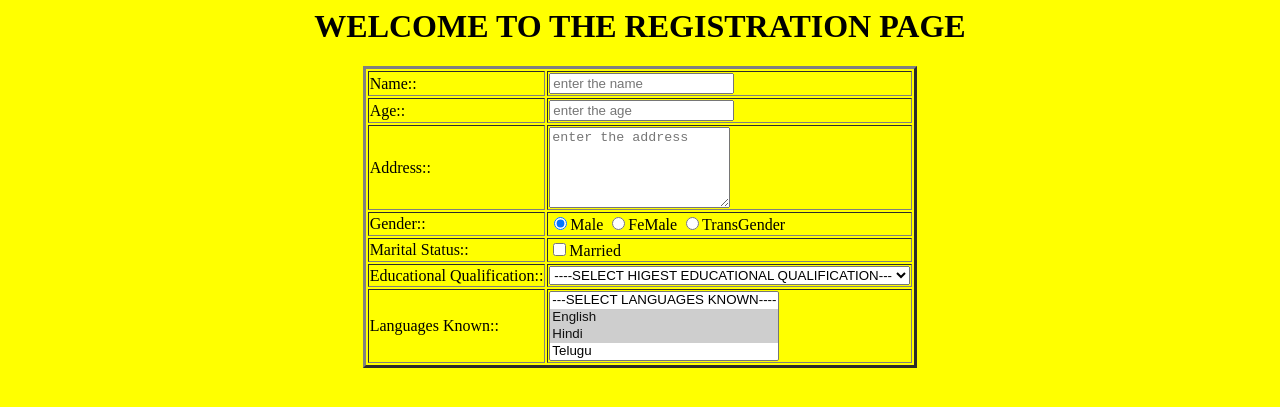
Repository: shivaramkrishna53/SERVLET_PROJECTS
Page: proj12-WorkingWithDifferentFormComponents-RegistrationApp/WebContent/input.html
The author's editor kept a copy of each file at every save. The page is drawn from the files as they stood at one save, then again after the next save.
The browser window is 1280 px wide. The pictures show the whole page.

Above is the page before, as saved 2021-01-12 14:45:52.

After the next save:
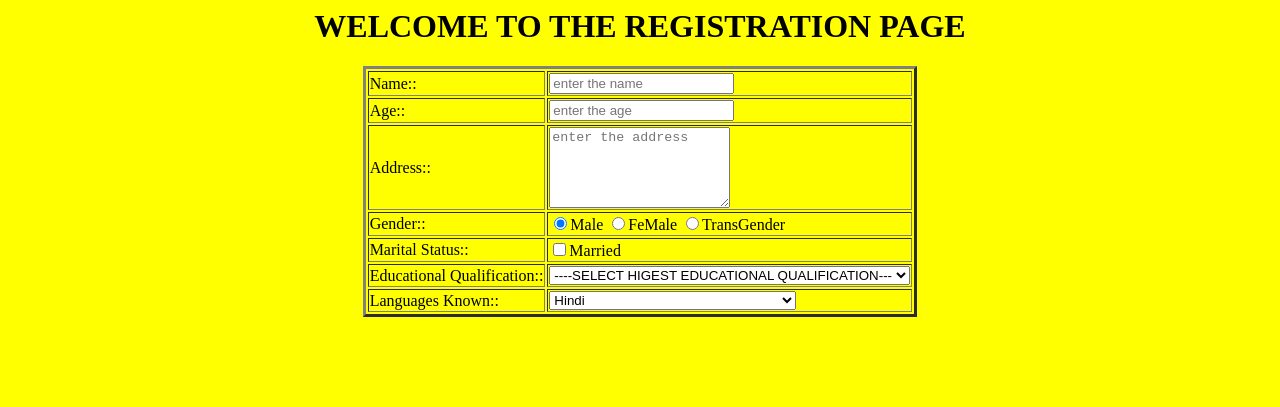
Saved 36 s later.
--- a/proj12-WorkingWithDifferentFormComponents-RegistrationApp/WebContent/input.html
+++ b/proj12-WorkingWithDifferentFormComponents-RegistrationApp/WebContent/input.html
@@ -56,7 +56,7 @@
 <tr>
 <td>Languages Known::</td>
 <td>
-<select name="languages" multiple="2">
+<select name="languages" >
 <option>---SELECT LANGUAGES KNOWN----</option>
 <option value="english" selected>English</option>
 <option value="hindi" selected>Hindi</option>

After the save that followed:
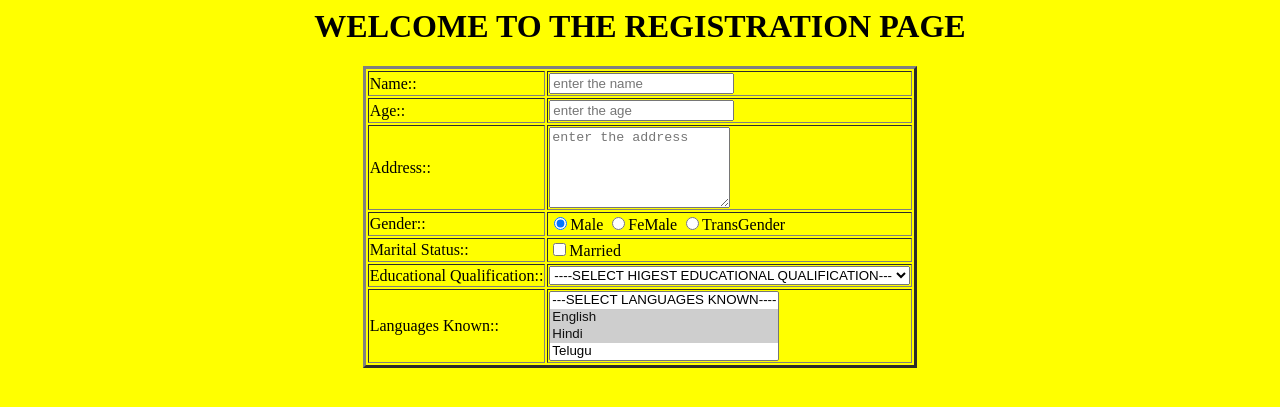
Saved 10 s later.
--- a/proj12-WorkingWithDifferentFormComponents-RegistrationApp/WebContent/input.html
+++ b/proj12-WorkingWithDifferentFormComponents-RegistrationApp/WebContent/input.html
@@ -56,7 +56,7 @@
 <tr>
 <td>Languages Known::</td>
 <td>
-<select name="languages" >
+<select name="languages" multiple>
 <option>---SELECT LANGUAGES KNOWN----</option>
 <option value="english" selected>English</option>
 <option value="hindi" selected>Hindi</option>
